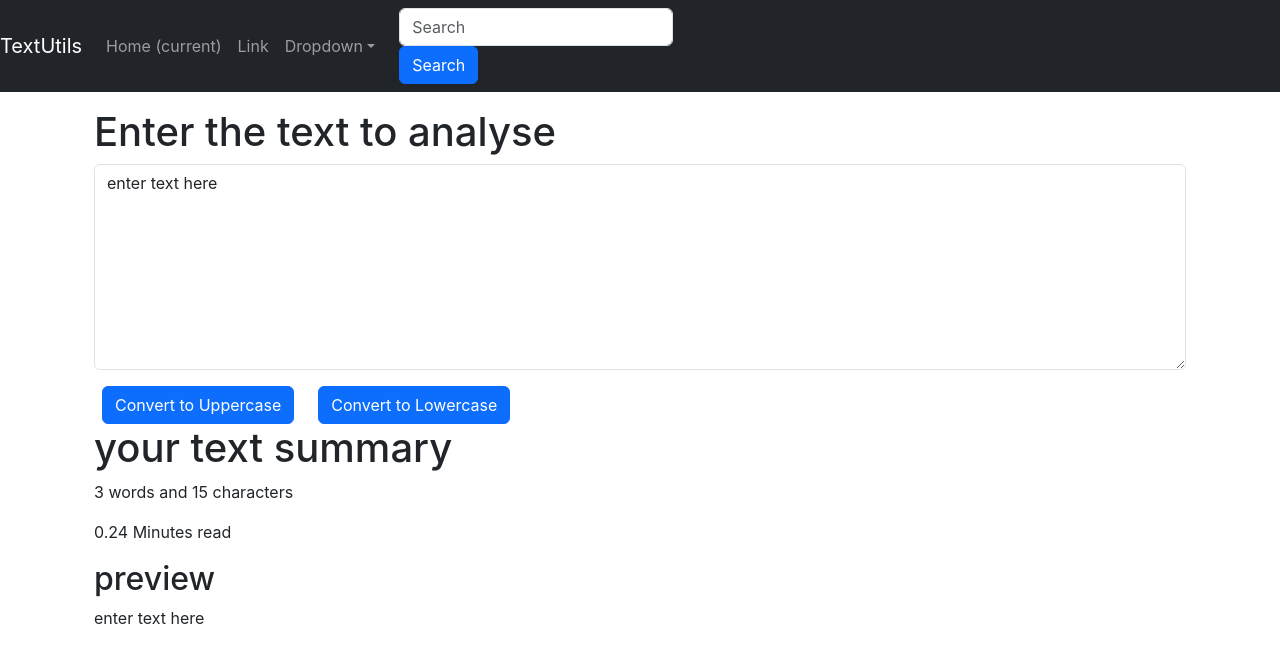
Repository: Aastha1035/React.navbar
Page: /
An editor plug-in stored every save of this project. The page is shown before and after the next save, followed by the edit.
The browser window is 1280 px wide. The pictures show the whole page.
The project was rebuilt for these pictures with package versions that can differ from the ones it lists, and the page was loaded fresh each time. Also part of the build but not shown: src/App.css.

Above is the page before, as saved 2024-07-17 16:47:15.

### public/index.html
<!DOCTYPE html>
<html lang="en">
  <head>
    <meta charset="utf-8" />
    <link rel="icon" href="%PUBLIC_URL%/favicon.ico" />
    <meta name="viewport" content="width=device-width, initial-scale=1" />
    <meta name="theme-color" content="#000000" />
    <meta
      name="description"
      content="Web site created using create-react-app"
    />
    <link rel="apple-touch-icon" href="%PUBLIC_URL%/logo192.png" />
    <!--
      manifest.json provides metadata used when your web app is installed on a
      user's mobile device or desktop. See https://developers.google.com/web/fundamentals/web-app-manifest/
    -->
    <link rel="manifest" href="%PUBLIC_URL%/manifest.json" />
    <!--
      Notice the use of %PUBLIC_URL% in the tags above.
      It will be replaced with the URL of the `public` folder during the build.
      Only files inside the `public` folder can be referenced from the HTML.

      Unlike "/favicon.ico" or "favicon.ico", "%PUBLIC_URL%/favicon.ico" will
      work correctly both with client-side routing and a non-root public URL.
      Learn how to configure a non-root public URL by running `npm run build`.
    -->
    <link href="https://cdn.jsdelivr.net/npm/bootstrap@5.3.3/dist/css/bootstrap.min.css" rel="stylesheet" integrity="sha384-QWTKZyjpPEjISv5WaRU9OFeRpok6YctnYmDr5pNlyT2bRjXh0JMhjY6hW+ALEwIH" crossorigin="anonymous">
    <title>React App</title>
  </head>
  <body>
    <noscript>You need to enable JavaScript to run this app.</noscript>
    <div id="root"></div>
    <!--
      This HTML file is a template.
      If you open it directly in the browser, you will see an empty page.

      You can add webfonts, meta tags, or analytics to this file.
      The build step will place the bundled scripts into the <body> tag.

      To begin the development, run `npm start` or `yarn start`.
      To create a production bundle, use `npm run build` or `yarn build`.
    -->
    <script src="https://cdn.jsdelivr.net/npm/bootstrap@5.3.3/dist/js/bootstrap.bundle.min.js"
    integrity="sha384-YvpcrYf0tY3lHB60NNkmXc5s9fDVZLESaAA55NDzOxhy9GkcIdslK1eN7N6jIeHz"
    crossorigin="anonymous"></script>
  </body>
</html>

### src/App.js

import './App.css';
import Navbar from './components/Navbar';
import Textform from './components/Textform';

function App() {
  return (
    <>
   < Navbar title="TextUtils"/>
   <div className="container my-3">
   <Textform heading="Enter the text to analyse"/>
   </div>

  </>
  );
}

export default App;

### src/components/Navbar.js
import React from 'react'

export default function Navbar(props) {
  return (
    <nav className="navbar navbar-expand-lg navbar-dark bg-dark">
  <a className="navbar-brand" href="#">{props.title}</a>
  <button className="navbar-toggler" type="button" data-toggle="collapse" data-target="#navbarSupportedContent" aria-controls="navbarSupportedContent" aria-expanded="false" aria-label="Toggle navigation">
    <span className="navbar-toggler-icon"></span>
  </button>

  <div className="collapse navbar-collapse" id="navbarSupportedContent">
    <ul className="navbar-nav mr-auto">
      <li className="nav-item active">
        <a className="nav-link" href="#">Home <span className="sr-only">(current)</span></a>
      </li>
      <li className="nav-item">
        <a className="nav-link" href="#">Link</a>
      </li>
      <li className="nav-item dropdown">
        <a className="nav-link dropdown-toggle" href="#" id="navbarDropdown" role="button" data-toggle="dropdown" aria-haspopup="true" aria-expanded="false">
          Dropdown
        </a>
        <div className="dropdown-menu" aria-labelledby="navbarDropdown">
          <a className="dropdown-item" href="#">Action</a>
          <a className="dropdown-item" href="#">Another action</a>
          <div className="dropdown-divider"></div>
          <a className="dropdown-item" href="#">Something else here</a>
        </div>
      </li>
      <li className="nav-item">
        <a className="nav-link disabled" href="#">{props.aboutText}</a>
      </li>
    </ul>
    <form className="form-inline my-2 my-lg-0">
      <input className="form-control mr-sm-5" type="search" placeholder="Search" aria-label="Search"/>
      <button className="btn btn-primary my-2 my-sm-0" type="submit">Search</button>
    </form>
  </div>
</nav>
  )
}

### src/components/Textform.js
import React,{ useState } from "react";



export default function Textform(props) {
    const handleUpclick = ()=>{
        //console.log("uppercase was clicked" + text);
        let newText = text.toUpperCase();
        setText(newText)
    }
    const handleLoclick= ()=>{
        //console.log("handle onchange");
        let newText = text.toLowerCase();
        setText(newText)
    }
    const handleOnchange= (event)=>{
        //console.log("handle onchange");
        setText(event.target.value)
    }

    const [text, setText] = useState("enter text here");
  return (
    <>
    <div className="container">
       <h1>{props.heading}</h1>
       <div className="mb-3">
       <textarea className="form-control" value={text} onChange={handleOnchange} id="mybox" rows="8"></textarea>
    </div>
    <button className="btn btn-primary mx-2" onclick={handleUpclick}>Convert to  Uppercase</button>
    <button className="btn btn-primary mx-3" onclick={handleLoclick}>Convert to  Lowercase</button>
    </div>
    <div className="container">
        <h1>your text summary</h1>
        <p>{text.split(" ").length} words and {text.length} characters</p>
        <p>{0.08 * text.split(" ").length} Minutes read</p>
        <h2>preview</h2>
        <p>{text}</p>
    </div>

</>


  )
}

### src/components/About.js
import React from 'react'

export default function About() {
  return (
    <div className='container'>
        <h1>About Us</h1>
      <div class="accordion" id="accordionExample">
  <div class="accordion-item">
    <h2 class="accordion-header" id="headingOne">
      <button class="accordion-button" type="button" data-bs-toggle="collapse" data-bs-target="#collapseOne" aria-expanded="true" aria-controls="collapseOne">
        Accordion Item #1
      </button>
    </h2>
    <div id="collapseOne" class="accordion-collapse collapse show" aria-labelledby="headingOne" data-bs-parent="#accordionExample">
      <div class="accordion-body">
        <strong>This is the first item's accordion body.</strong> It is shown by default, until the collapse plugin adds the appropriate classes that we use to style each element. These classes control the overall appearance, as well as the showing and hiding via CSS transitions. You can modify any of this with custom CSS or overriding our default variables. It's also worth noting that just about any HTML can go within the <code>.accordion-body</code>, though the transition does limit overflow.
      </div>
    </div>
  </div>
  <div class="accordion-item">
    <h2 class="accordion-header" id="headingTwo">
      <button class="accordion-button collapsed" type="button" data-bs-toggle="collapse" data-bs-target="#collapseTwo" aria-expanded="false" aria-controls="collapseTwo">
        Accordion Item #2
      </button>
    </h2>
    <div id="collapseTwo" class="accordion-collapse collapse" aria-labelledby="headingTwo" data-bs-parent="#accordionExample">
      <div class="accordion-body">
        <strong>This is the second item's accordion body.</strong> It is hidden by default, until the collapse plugin adds the appropriate classes that we use to style each element. These classes control the overall appearance, as well as the showing and hiding via CSS transitions. You can modify any of this with custom CSS or overriding our default variables. It's also worth noting that just about any HTML can go within the <code>.accordion-body</code>, though the transition does limit overflow.
      </div>
    </div>
  </div>
  <div class="accordion-item">
    <h2 class="accordion-header" id="headingThree">
      <button class="accordion-button collapsed" type="button" data-bs-toggle="collapse" data-bs-target="#collapseThree" aria-expanded="false" aria-controls="collapseThree">
        Accordion Item #3
      </button>
    </h2>
    <div id="collapseThree" class="accordion-collapse collapse" aria-labelledby="headingThree" data-bs-parent="#accordionExample">
      <div class="accordion-body">
        <strong>This is the third item's accordion body.</strong> It is hidden by default, until the collapse plugin adds the appropriate classes that we use to style each element. These classes control the overall appearance, as well as the showing and hiding via CSS transitions. You can modify any of this with custom CSS or overriding our default variables. It's also worth noting that just about any HTML can go within the <code>.accordion-body</code>, though the transition does limit overflow.
      </div>
    </div>
  </div>
</div>
    </div>
  )
}

Loaded but not shown: src/index.js (common file); src/index.css (common file); src/reportWebVitals.js (common file)

After the next save:
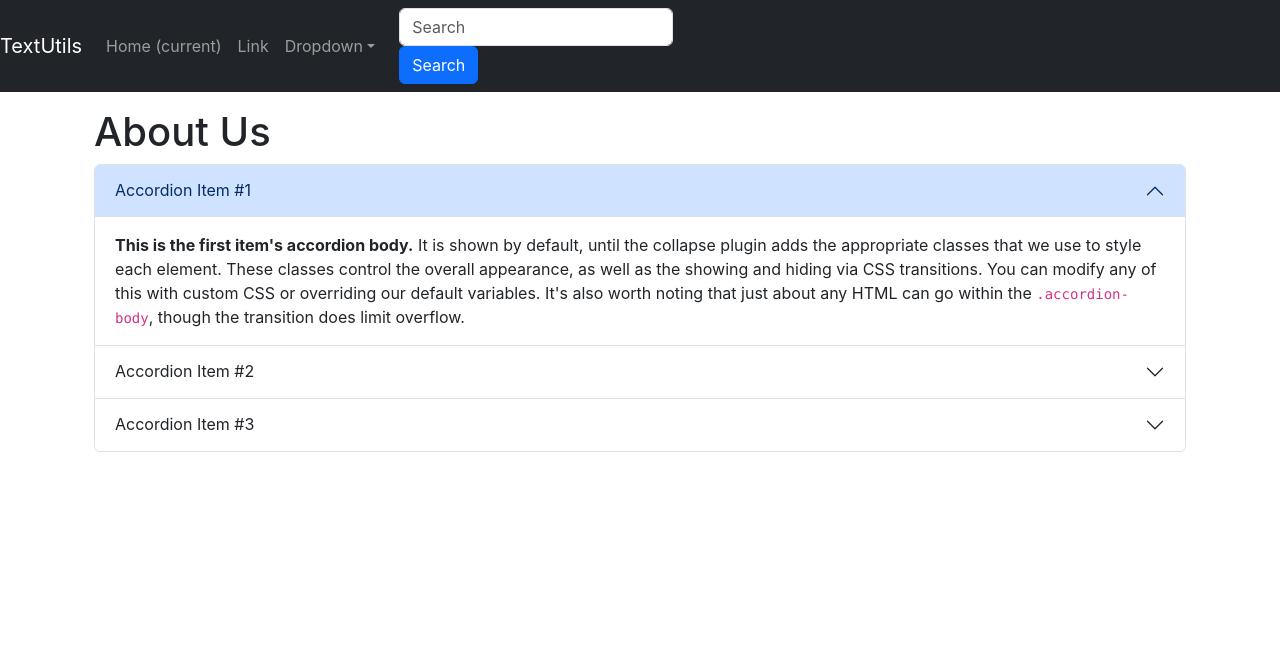
Saved 118 s later.
--- a/src/App.js
+++ b/src/App.js
@@ -1,14 +1,16 @@
 
 import './App.css';
+import About from './components/About';
 import Navbar from './components/Navbar';
-import Textform from './components/Textform';
+//import Textform from './components/Textform';
 
 function App() {
   return (
     <>
    < Navbar title="TextUtils"/>
    <div className="container my-3">
-   <Textform heading="Enter the text to analyse"/>
+   {/*<Textform heading="Enter the text to analyse"/>*/}
+   <About/>
    </div>
 
   </>
